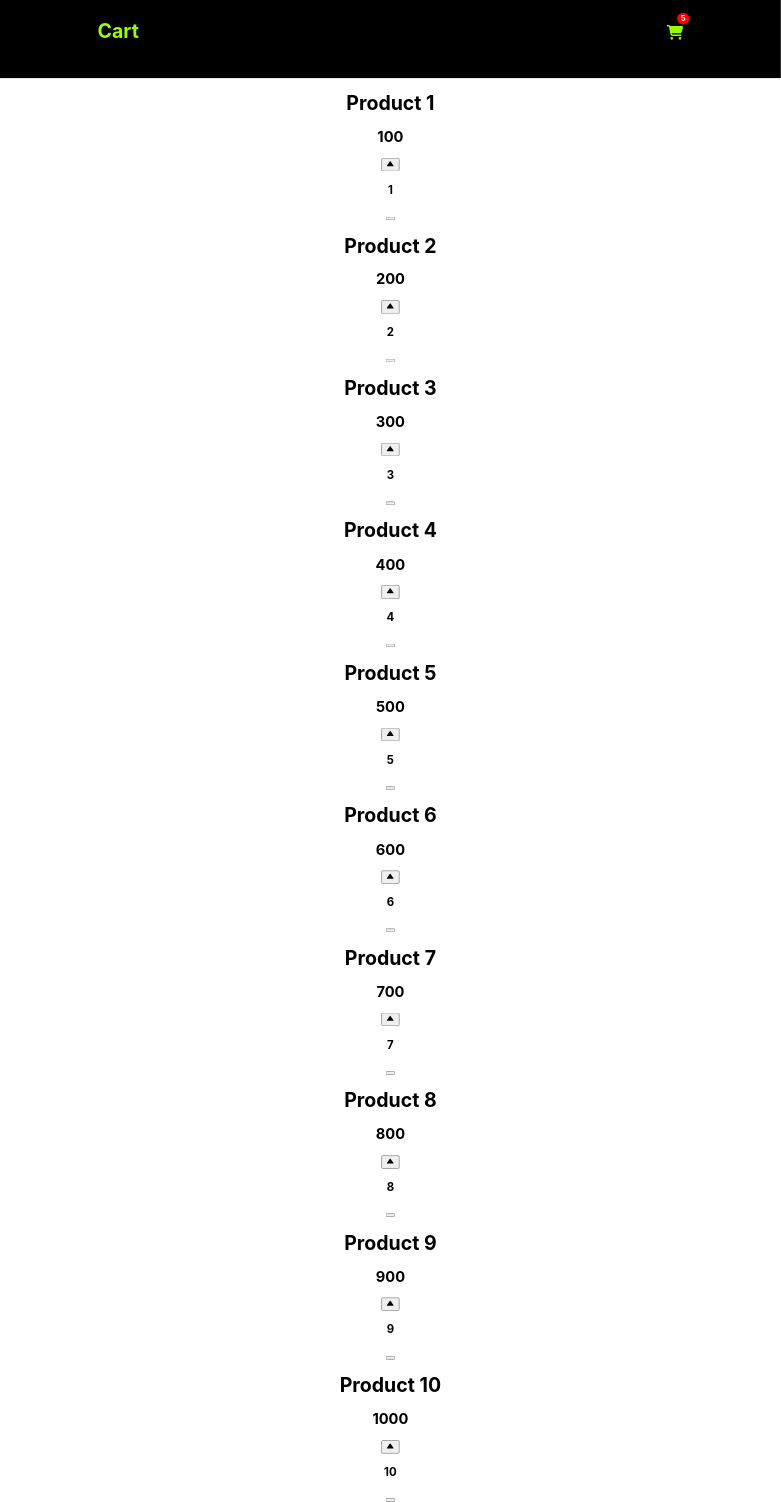
Repository: sriram1224/Cart-react-app
Page: /
An editor plug-in stored every save of this project. The page is shown before and after the next save, followed by the edit.
The browser window is 1280 px wide. The pictures show the whole page, at 61% of full size.
The project was rebuilt for these pictures with package versions that can differ from the ones it lists, and the page was loaded fresh each time.

Above is the page before, as saved 2024-03-12 15:20:30.

After the next save:
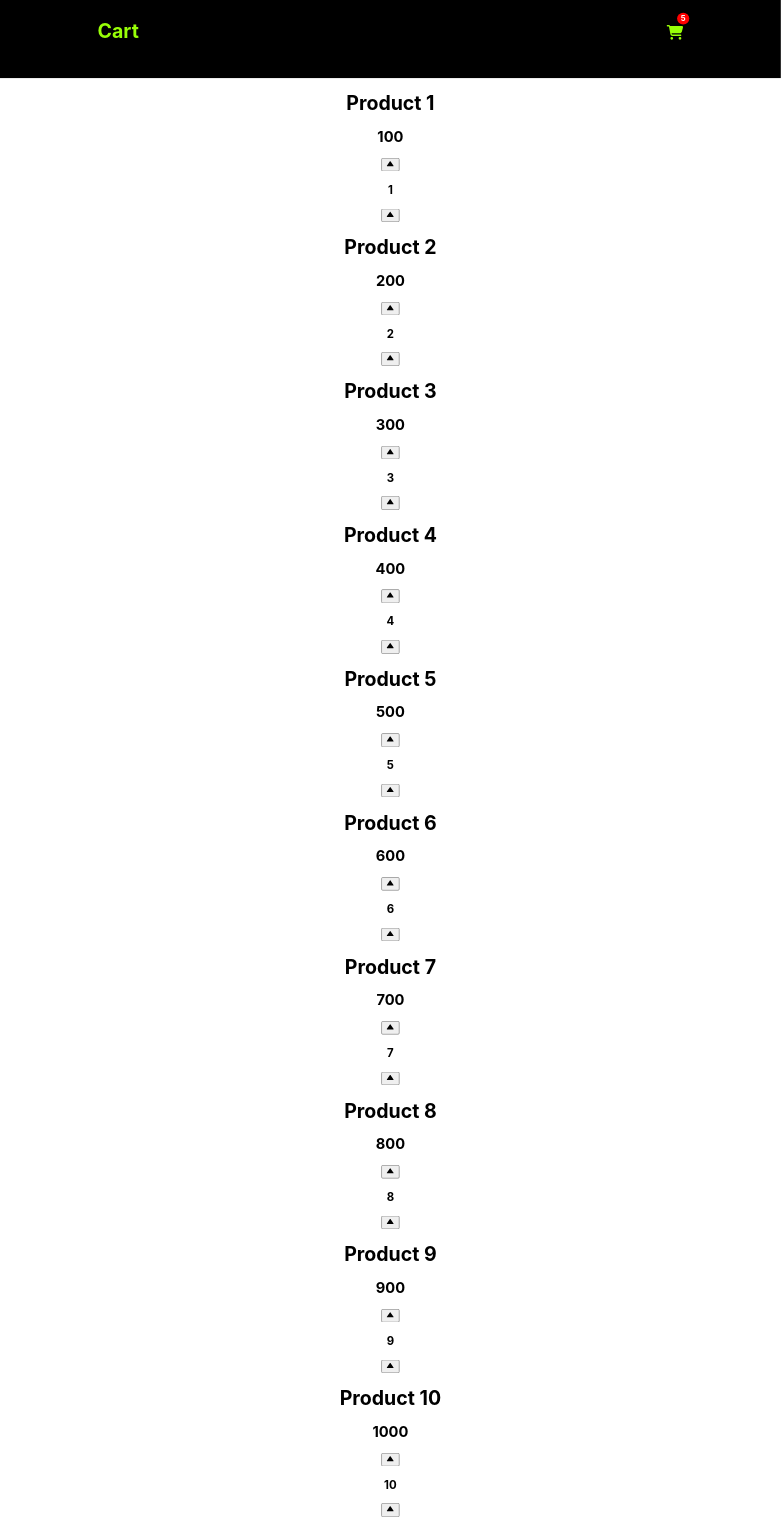
Saved 7 s later.
--- a/src/Components/cart.js
+++ b/src/Components/cart.js
@@ -85,7 +85,7 @@ function Cart() {
                         </button>
                         <h3>{product.Quantity}</h3>
                         <button>
-                        </button>
+                        <BiSolidUpArrow /></button>
                     </div>
                 )
             })}
